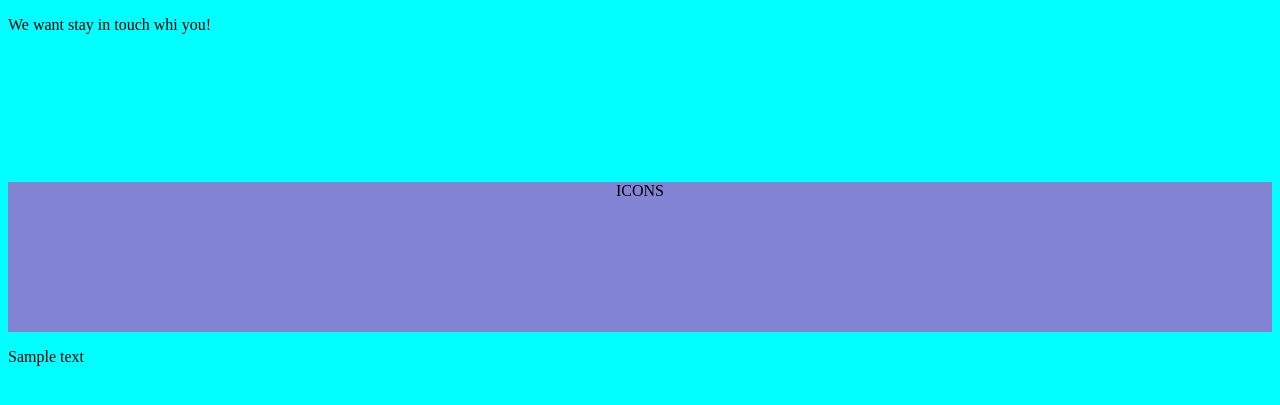
Repository: JhonMercedes/profile
Page: index.html
The author's editor kept a copy of each file at every save. The page is drawn from the files as they stood at one save, then again after the next save.
The browser window is 1280 px wide. The pictures show the whole page.

Above is the page before, as saved 2021-12-08 02:04:58.

### index.html
<!DOCTYPE html>
<html lang="en">
<head>
    <meta charset="UTF-8">
    <meta http-equiv="X-UA-Compatible" content="IE=edge">
    <meta name="viewport" content="width=device-width, initial-scale=1.0">
    <link rel="stylesheet" href="style.css">
    <title>J.A</title>
</head>
<body>

    <div class="container">
        <p>We want stay in touch whi you!</p>
    </div>
    <div class="container2">
        <p>ICONS</p>
    </div>
    <div class="container3">
        <p>Sample text</p>
    </div>

</body>
</html>

### style.css
body {
    background: aqua;
}

.container, .container2, .container3 {
    width: 100%;
    height: 150px;
}

.container2 {
    background-color: rgb(132, 132, 213);
    width: 100%;
    text-align: center;
}

After the next save:
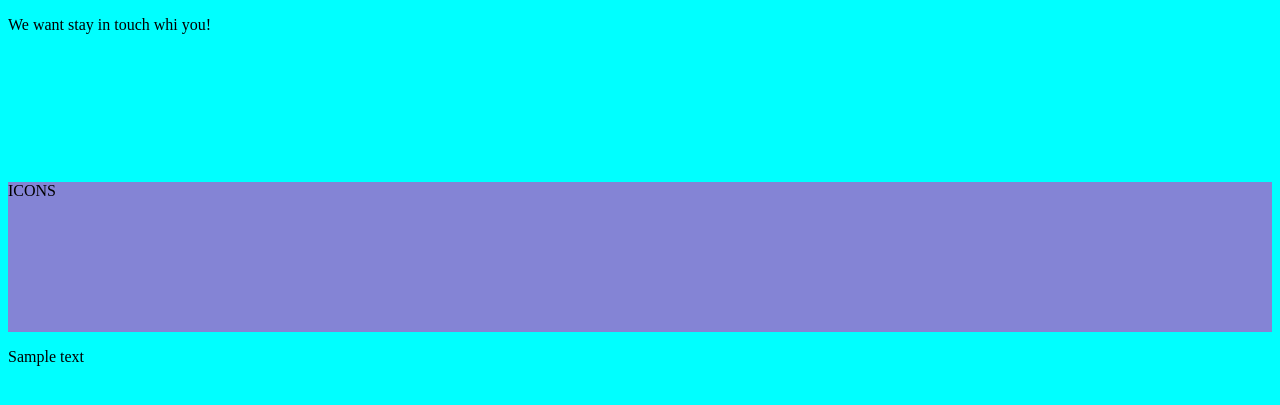
Saved 16 s later.
--- a/style.css
+++ b/style.css
@@ -10,5 +10,6 @@
 .container2 {
     background-color: rgb(132, 132, 213);
     width: 100%;
+    padding-top:
     text-align: center;
 }

After the save that followed:
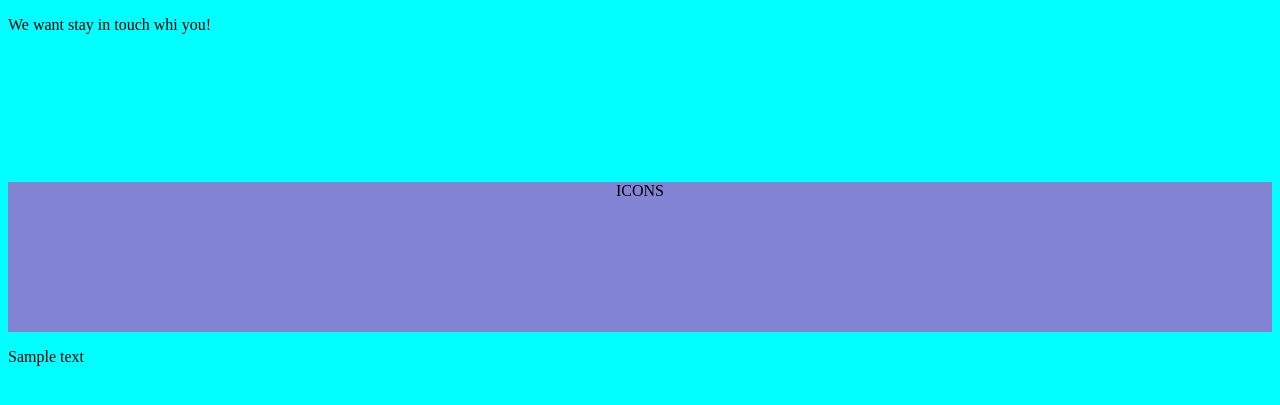
Saved 9 s later.
--- a/style.css
+++ b/style.css
@@ -10,6 +10,6 @@
 .container2 {
     background-color: rgb(132, 132, 213);
     width: 100%;
-    padding-top:
+    padding: 0px;
     text-align: center;
 }
